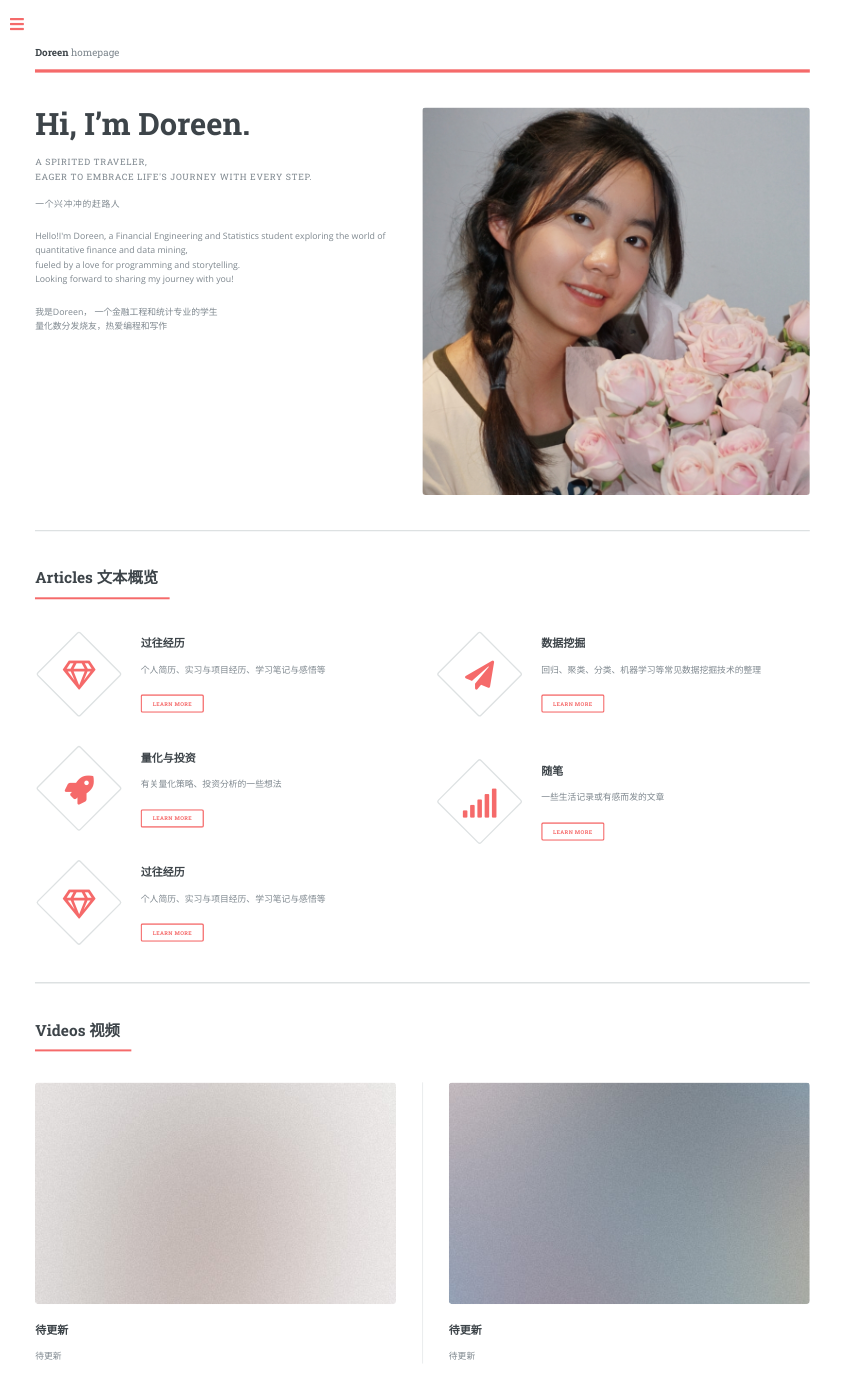
Repository: Hpz3859/Hpz3859.github.io
Page: index.html
An editor plug-in stored every save of this project. The page is shown before and after the next save, followed by the edit.
The browser window is 1280 px wide. The pictures show the whole page, at 66% of full size.

Above is the page before, as saved 2025-03-19 11:56:03.

After the next save:
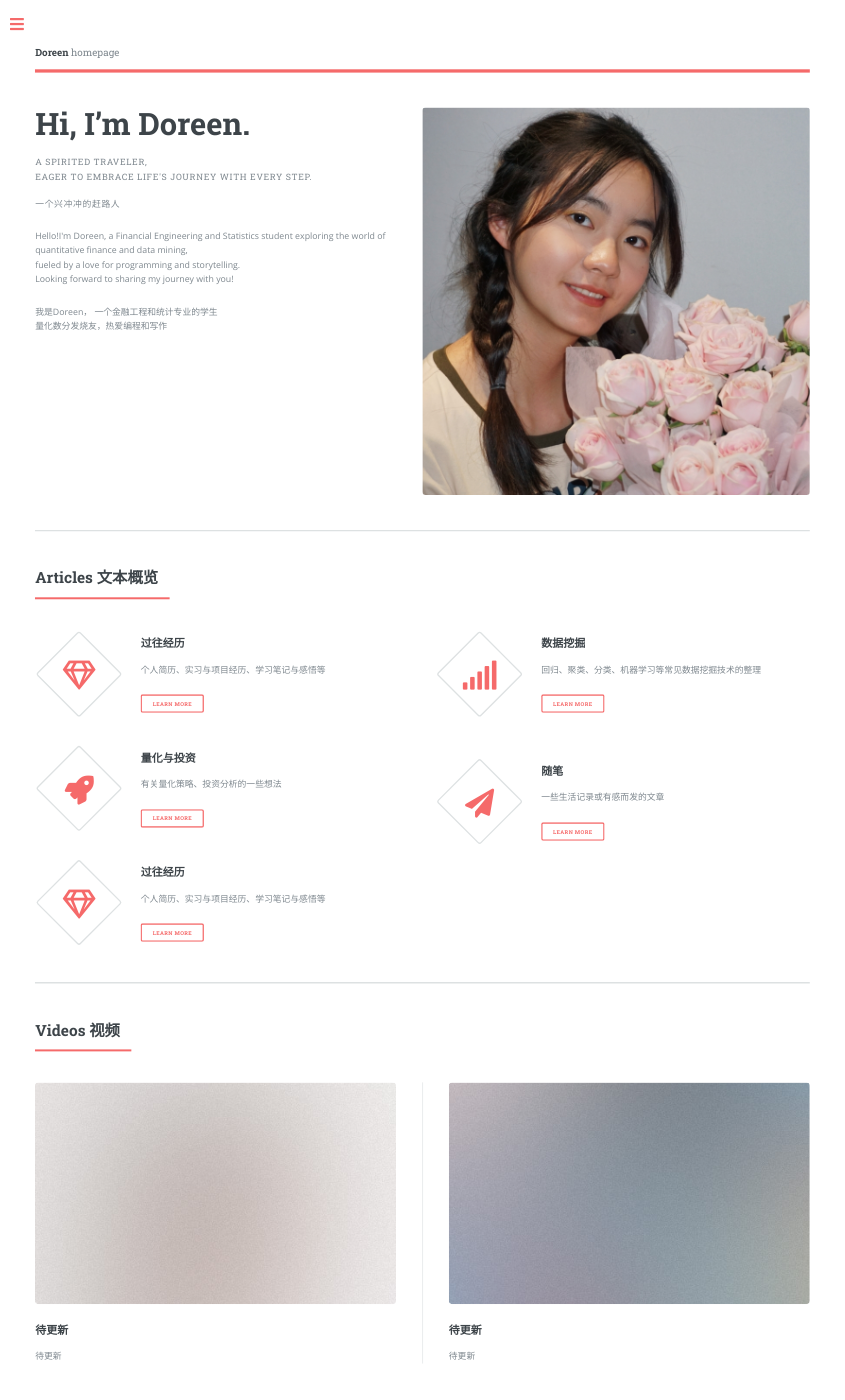
Saved 4 min 2 s later.
--- a/index.html
+++ b/index.html
@@ -79,7 +79,7 @@
 											</div>
 										</article>
 										<article>
-											<span class="icon solid fa-paper-plane"></span>
+											<span class="icon solid fa-signal"></span>
 											<div class="content">
 												<h3>数据挖掘</h3>
 												<p>回归、聚类、分类、机器学习等常见数据挖掘技术的整理</p>
@@ -99,7 +99,7 @@
 											</div>
 										</article>
 										<article>
-											<span class="icon solid fa-signal"></span>
+											<span class="icon solid fa-paper-plane"></span>
 											<div class="content">
 												<h3>随笔</h3>
 												<p>一些生活记录或有感而发的文章</p>
